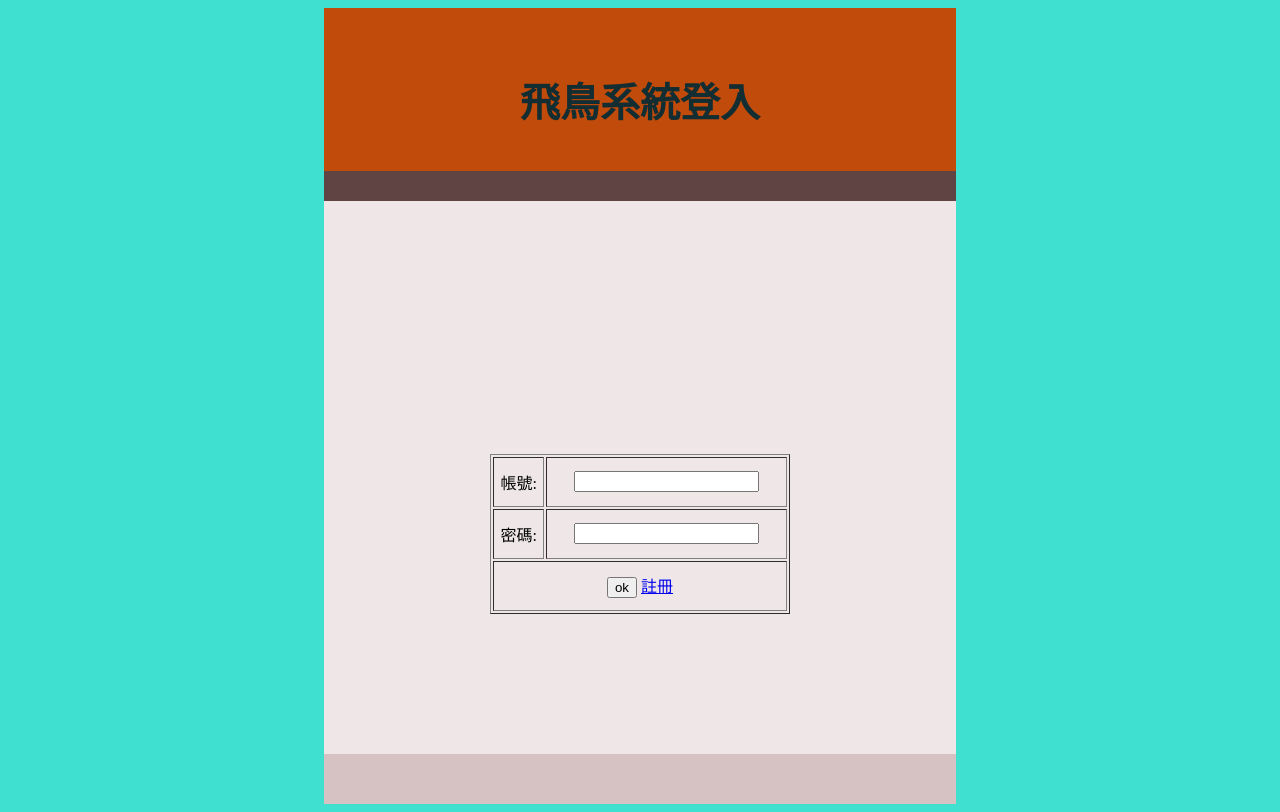
Repository: pride0420/portfolio
Page: Portfolio/1_springBoot/src/main/resources/static/index.html
An editor plug-in stored every save of this project. The page is shown before and after the next save, followed by the edit.
The browser window is 1280 px wide. The pictures show the whole page.

Above is the page before, as saved 2023-11-30 14:41:32.

### Portfolio/1_springBoot/src/main/resources/static/index.html
<!DOCTYPE html>
<html>
<link rel="stylesheet" href="css/index.css">
<head>
<meta charset="utf-8">
<title>Insert title here</title>
</head>
<body>
<form action="login" method="post">
<div id="header" >飛鳥系統登入</div>
	<div id="navigater"></div>
		<div id="content"><table align="center" border="1" width=300>
		<tr align="center" height=50>
			<td>帳號:</td>
			<td><input type="text" name="username"></td>
		</tr>
		<tr align="center" height=50>
			<td>密碼:</td>
			<td><input type="password" name="password"></td>
		</tr>
		<tr align="center" height=50>
			<td colspan="2"><input type="submit" value="ok">
			<a href="addError">註冊</td>

		</tr>
	</table></div>
</form>

<div id="footer"></div>
</body>
</html>

### Portfolio/1_springBoot/src/main/resources/static/css/index.css
@charset "BIG5";
body{
	 background-color:  #40e0d0;
}
#header{
	background-color: #C14B0B;
	width: 50%;
	height:100px;
	margin-left: 25%;
	color: #132E32;
	font-weight:800;
	font-size:250%;
	text-align: center;
	padding-top: 5%;
}
#navigater{

	background-color:#604443;
	width: 50%;
	height:30px;
	margin-left: 25%;
}
#nav{
	color:white;
	padding-left:60%;

}
#content{
	background-color:#EFE7E7;
	width: 50%;
	height:300px;
	margin-left: 25%;
	padding-top: 20%;
}
#footer{
	background-color:#D6C2C2;
	width: 50%;
	height:50px;
	margin-left: 25%;
}

op table{
	padding-top: 5%;
	padding-bottom: 5%;


}

After the next save:
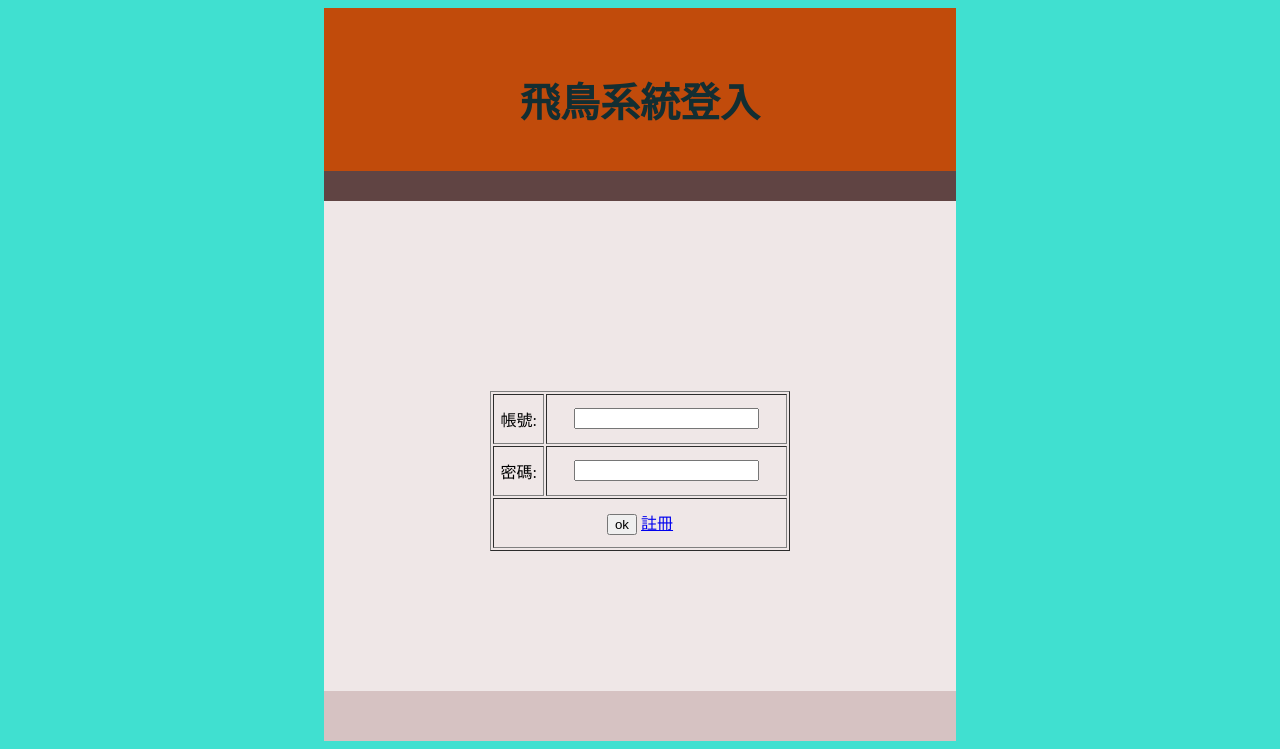
Saved 14 s later.
--- a/Portfolio/1_springBoot/src/main/resources/static/css/index.css
+++ b/Portfolio/1_springBoot/src/main/resources/static/css/index.css
@@ -30,7 +30,7 @@ body{
 	width: 50%;
 	height:300px;
 	margin-left: 25%;
-	padding-top: 20%;
+	padding-top: 15%;
 }
 #footer{
 	background-color:#D6C2C2;
